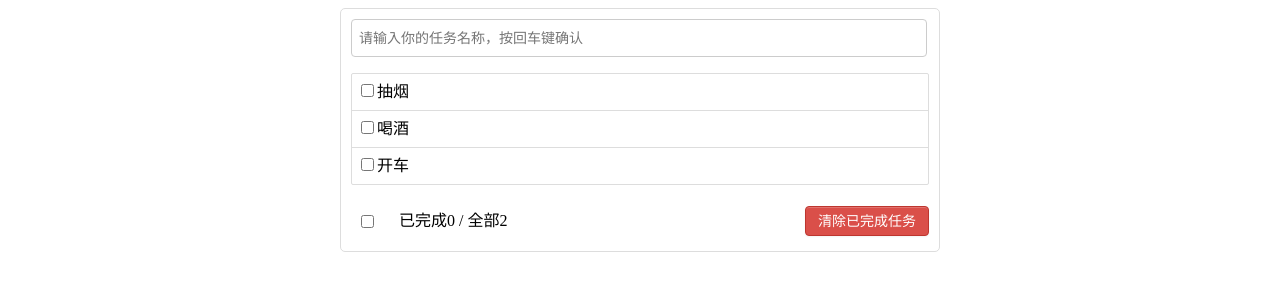
Repository: Crow7277/Vue2-
Page: /
These files come from the project's save history. The page is drawn as it stood at one moment and after a run of saves; the edit follows.
The browser window is 1280 px wide. The pictures show the whole page.
The project was rebuilt for these pictures with package versions that can differ from the ones it lists, and the page was loaded fresh each time. Also part of the build but not shown: vue.config.js.

Above is the page before, as saved 2022-04-02 20:50:39.

### public/index.html
<!DOCTYPE html>
<html lang="">

<head>
  <meta charset="utf-8">
  <!-- 针对IE浏览器，让IE浏览器以最高的渲染级别渲染页面 -->
  <meta http-equiv="X-UA-Compatible" content="IE=edge">
  <!-- 开启移动端的理想视口 -->
  <meta name="viewport" content="width=device-width,initial-scale=1.0">
  <!-- 页签图标 -->
  <!-- <%= BASE_URL %>表示public文件夹所在路径 -->
  <link rel="icon" href="<%= BASE_URL %>favicon.ico">
  <title>
    <%= htmlWebpackPlugin.options.title %>
  </title>
</head>

<body>
  <!-- 当浏览器不支持js时，浏览器就会显示noscript中的内容 -->
  <noscript>
    <strong>We're sorry but <%= htmlWebpackPlugin.options.title %> doesn't work properly without JavaScript enabled.
        Please enable it to continue.</strong>
  </noscript>
  <!-- 容器 -->
  <div id="app"></div>
  <!-- built files will be auto injected -->
</body>

</html>

### src/main.js
// 引入Vue
import Vue from 'vue';
// 引入App
import App from './App.vue';

// 关闭生产环境提示
Vue.config.productionTip = false;

// 创建Vue
new Vue({
    el: '#app',
    render: h => h(App),
});

### src/App.vue
<template>
    <div id="root">
        <div class="todo-container">
            <div class="todo-wrap">
                <MyHeader />
                <MyList />
                <MyFooter />
            </div>
        </div>
    </div>
</template>

<script>
// 引入Student组件
import MyHeader from './components/MyHeader.vue';
import MyList from './components/MyList.vue';
import MyFooter from './components/MyFooter.vue';

export default {
    name: 'App',
    data() {
        return {
            msg: '欢迎学习Vue',
        };
    },
    components: {
        MyHeader,
        MyList,
        MyFooter,
    },
};
</script>
<style lang="css">
/*base*/
body {
    background: #fff;
}

.btn {
    display: inline-block;
    padding: 4px 12px;
    margin-bottom: 0;
    font-size: 14px;
    line-height: 20px;
    text-align: center;
    vertical-align: middle;
    cursor: pointer;
    box-shadow: inset 0 1px 0 rgba(255, 255, 255, 0.2), 0 1px 2px rgba(0, 0, 0, 0.05);
    border-radius: 4px;
}

.btn-danger {
    color: #fff;
    background-color: #da4f49;
    border: 1px solid #bd362f;
}

.btn-danger:hover {
    color: #fff;
    background-color: #bd362f;
}

.btn:focus {
    outline: none;
}

.todo-container {
    width: 600px;
    margin: 0 auto;
}
.todo-container .todo-wrap {
    padding: 10px;
    border: 1px solid #ddd;
    border-radius: 5px;
}
</style>

### src/components/MyHeader.vue
<template>
    <div class="todo-header">
        <input type="text" placeholder="请输入你的任务名称，按回车键确认" />
    </div>
</template>

<script>
export default {
    name: 'MyHeader',
};
</script>

<style scoped>
/*header*/
.todo-header input {
    width: 560px;
    height: 28px;
    font-size: 14px;
    border: 1px solid #ccc;
    border-radius: 4px;
    padding: 4px 7px;
}

.todo-header input:focus {
    outline: none;
    border-color: rgba(82, 168, 236, 0.8);
    box-shadow: inset 0 1px 1px rgba(0, 0, 0, 0.075), 0 0 8px rgba(82, 168, 236, 0.6);
}
</style>

### src/components/MyList.vue
<template>
    <ul class="todo-main">
        <MyItem v-for="todoObj in todos" :key="todoObj.id" :todo="todoObj" />
    </ul>
</template>

<script>
import MyItem from './MyItem.vue';
export default {
    name: 'MyList',
    data() {
        return {
            todos: [
                {
                    id: '001',
                    title: '抽烟',
                    done: true,
                },
                {
                    id: '002',
                    title: '喝酒',
                    done: true,
                },
                {
                    id: '003',
                    title: '开车',
                    done: true,
                },
            ],
        };
    },
    components: { MyItem },
};
</script>

<style scoped>
/*main*/
.todo-main {
    margin-left: 0px;
    border: 1px solid #ddd;
    border-radius: 2px;
    padding: 0px;
}

.todo-empty {
    height: 40px;
    line-height: 40px;
    border: 1px solid #ddd;
    border-radius: 2px;
    padding-left: 5px;
    margin-top: 10px;
}
</style>

### src/components/MyFooter.vue
<template>
    <div class="todo-footer">
        <label>
            <input type="checkbox" />
        </label>
        <span>
            <span>已完成0</span>
            / 全部2
        </span>
        <button class="btn btn-danger">清除已完成任务</button>
    </div>
</template>

<script>
export default {
    name: 'MyFooter',
};
</script>

<style scoped>
/*footer*/
.todo-footer {
    height: 40px;
    line-height: 40px;
    padding-left: 6px;
    margin-top: 5px;
}

.todo-footer label {
    display: inline-block;
    margin-right: 20px;
    cursor: pointer;
}

.todo-footer label input {
    position: relative;
    top: -1px;
    vertical-align: middle;
    margin-right: 5px;
}

.todo-footer button {
    float: right;
    margin-top: 5px;
}
</style>

### src/components/MyItem.vue
<template>
    <li>
        <label>
            <input type="checkbox" />
            <span>{{ todo.title }}</span>
        </label>
        <button class="btn btn-danger" style="display: none">删除</button>
    </li>
</template>

<script>
export default {
    name: 'MyItem',
    // 声明接收todo对象
    props: ['todo'],
};
</script>

<style scoped>
/*item*/
li {
    list-style: none;
    height: 36px;
    line-height: 36px;
    padding: 0 5px;
    border-bottom: 1px solid #ddd;
}

li label {
    float: left;
    cursor: pointer;
}

li label li input {
    vertical-align: middle;
    margin-right: 6px;
    position: relative;
    top: -1px;
}

li button {
    float: right;
    display: none;
    margin-top: 3px;
}

li:before {
    content: initial;
}

li:last-child {
    border-bottom: none;
}
</style>

After the next 2 saves:
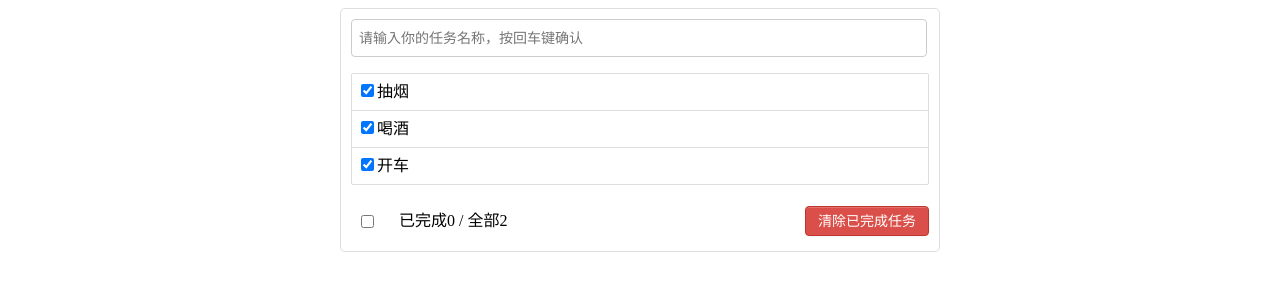
The 2 saves are shown as one change because 1 did not build or start.
The last was saved 72 s later.
--- a/src/components/MyItem.vue
+++ b/src/components/MyItem.vue
@@ -1,7 +1,7 @@
 <template>
     <li>
         <label>
-            <input type="checkbox" />
+            <input type="checkbox" v-model="todo.done" />
             <span>{{ todo.title }}</span>
         </label>
         <button class="btn btn-danger" style="display: none">删除</button>
